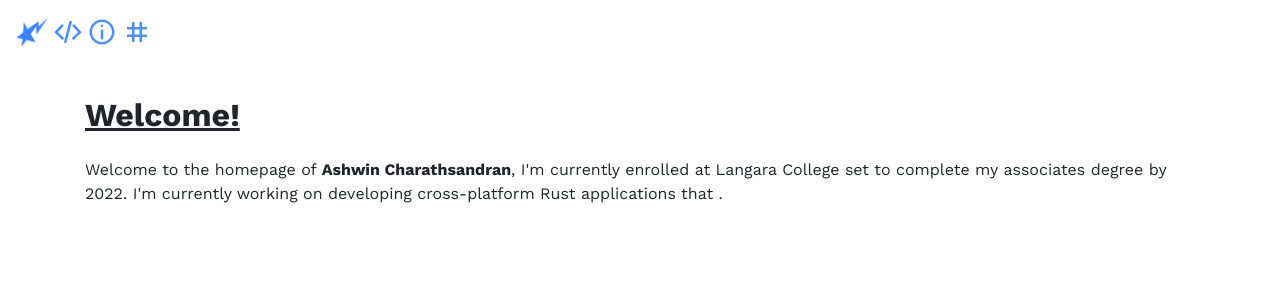
Repository: xxiz/ashwin.lol_flask
Page: http://localhost/
The author's editor kept a copy of each file at every save. The page is drawn from the files as they stood at one save, then again after the next save.
The browser window is 1280 px wide. The pictures show the whole page.
The page is served by the project's application, run on Flask 3 (app.py).

Above is the page before, as saved 2021-08-31 17:04:04.

After the next save:
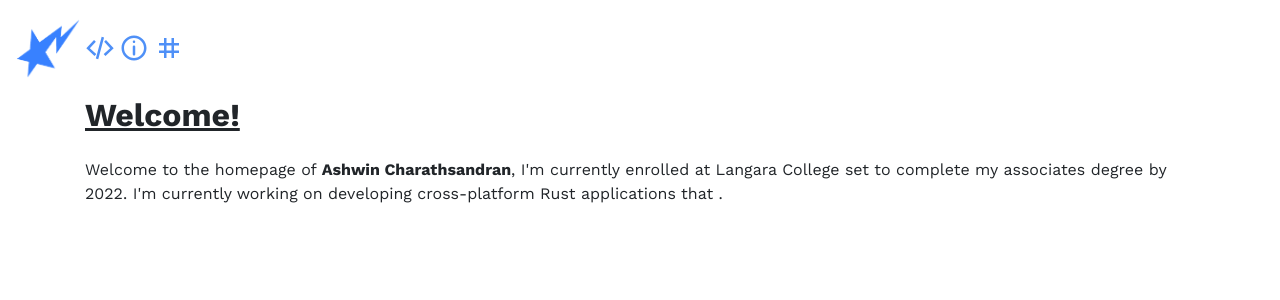
Saved 6 s later.
--- a/templates/base.html
+++ b/templates/base.html
@@ -14,7 +14,7 @@
   <header>
     <nav>
       <!-- <a href="/"><?xml version="1.0" encoding="UTF-8"?><svg fill="none" viewBox="0 0 24 24" xmlns="http://www.w3.org/2000/svg"><path d="m6 22.879c-1.6568 0-3-1.3432-3-3v-10c0-0.03389 0.00169-0.0674 0.00498-0.10043h-0.00498c0-0.57596 0.2288-1.1283 0.63607-1.5356l6.2426-6.2426c1.1715-1.1716 3.071-1.1716 4.2426 0l6.2426 6.2426c0.4073 0.40726 0.6361 0.95963 0.6361 1.5356h-5e-3c0.0033 0.03303 5e-3 0.06654 5e-3 0.10043v10c0 1.6568-1.3431 3-3 3h-12zm6.7071-19.464 6.2929 6.2929v10.172c0 0.5522-0.4477 1-1 1h-3v-5c0-1.6569-1.3431-3-3-3s-3 1.3431-3 3v5h-3c-0.55228 0-1-0.4478-1-1v-10.172l6.2929-6.293c0.3905-0.39052 1.0237-0.39052 1.4142 0z" clip-rule="evenodd" fill="currentColor" fill-rule="evenodd"/></svg></a> -->
-      <a href="/"><img width="32" src="/static/logo.png" alt="A"></a>
+      <a href="/"><img width="64" src="/static/logo.png" alt="A"></a>
       <a href="/projects"><?xml version="1.0" encoding="UTF-8"?><svg viewBox="0 0 24 24" xmlns="http://www.w3.org/2000/svg"><path d="m13.325 3.0501-4.6576 17.382 1.9319 0.5176 4.6575-17.382-1.9318-0.51764z" fill="currentColor"/><path d="m7.612 18.361 1.3594-1.4484-5e-4 -0.0191-5.0943-4.7812 4.7904-5.1041-1.4583-1.3687-6.1591 6.5624 6.5624 6.1591z" fill="currentColor"/><path d="m16.388 18.361-1.3594-1.4484 5e-4 -0.0191 5.0943-4.7812-4.7904-5.1041 1.4583-1.3687 6.1591 6.5624-6.5624 6.1591z" fill="currentColor"/></svg></a>
       <a href=""><?xml version="1.0" encoding="UTF-8"?><svg viewBox="0 0 24 24" xmlns="http://www.w3.org/2000/svg"><path d="m11 10.979c0-0.5523 0.4477-1 1-1s1 0.44773 1 1v6c0 0.5523-0.4477 1-1 1s-1-0.4477-1-1v-6z" fill="currentColor"/><path d="m12 6.0512c-0.5523 0-1 0.44771-1 1 0 0.55228 0.4477 1 1 1s1-0.44772 1-1c0-0.55229-0.4477-1-1-1z" fill="currentColor"/><path d="m12 2c-5.5228 0-10 4.4772-10 10 0 5.5228 4.4772 10 10 10 5.5228 0 10-4.4772 10-10 0-5.5228-4.4772-10-10-10zm-8 10c0 4.4183 3.5817 8 8 8 4.4183 0 8-3.5817 8-8 0-4.4183-3.5817-8-8-8-4.4183 0-8 3.5817-8 8z" clip-rule="evenodd" fill="currentColor" fill-rule="evenodd"/></svg></a>
       <a href=""><?xml version="1.0" encoding="UTF-8"?><svg fill="none" viewBox="0 0 24 24" xmlns="http://www.w3.org/2000/svg"><path d="m8 4v4h-4v2h4v4h-4v2h4v4h2v-4h4v4h2v-4h4v-2h-4v-4h4v-2h-4v-4h-2v4h-4v-4h-2zm6 10v-4h-4v4h4z" clip-rule="evenodd" fill="currentColor" fill-rule="evenodd"/></svg></a>
